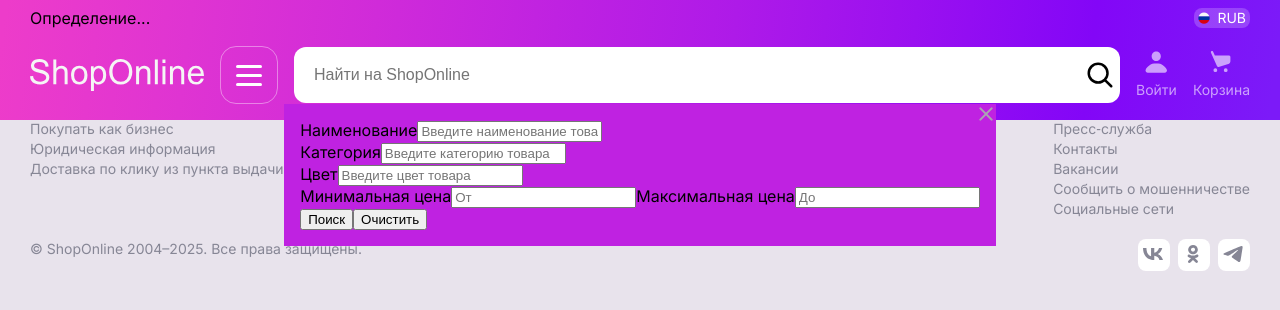
Repository: RostislavZeberg/ShopOnline
Page: /cart
The author's editor kept a copy of each file at every save. The page is drawn from the files as they stood at one save, then again after the next save.
The browser window is 1280 px wide. The pictures show the whole page.
The page's requests for data from a server got no answer. The project was rebuilt for these pictures with package versions that can differ from the ones it lists, and the page was loaded fresh each time. The framework's server and built-in components were replaced by stand-ins that run in the browser. No one was signed in, and anything a server would have sent is missing. Also part of the build but not shown: next.config.ts.

Above is the page before, as saved 2025-08-15 14:16:01.

After the next save:
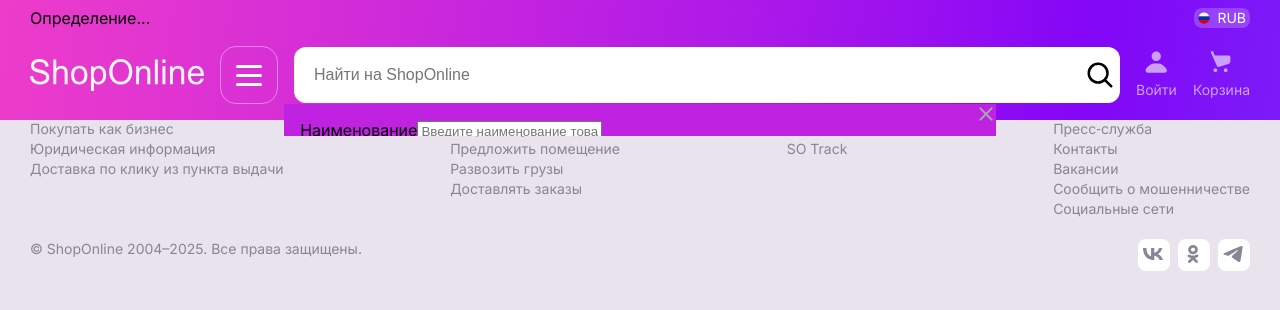
Saved 2 min 1 s later.
--- a/src/modal/SearchProductDetailed/SearchProductDetailed.module.scss
+++ b/src/modal/SearchProductDetailed/SearchProductDetailed.module.scss
@@ -6,7 +6,9 @@
     flex-direction: column;
     padding: 16px;
     width: fit-content;
-    height: fit-content;
+    height: 0;
+    overflow: hidden;
+    opacity: 1;
     background-color: #bf22e1;
 
     .btn-closed--search-detailed {
